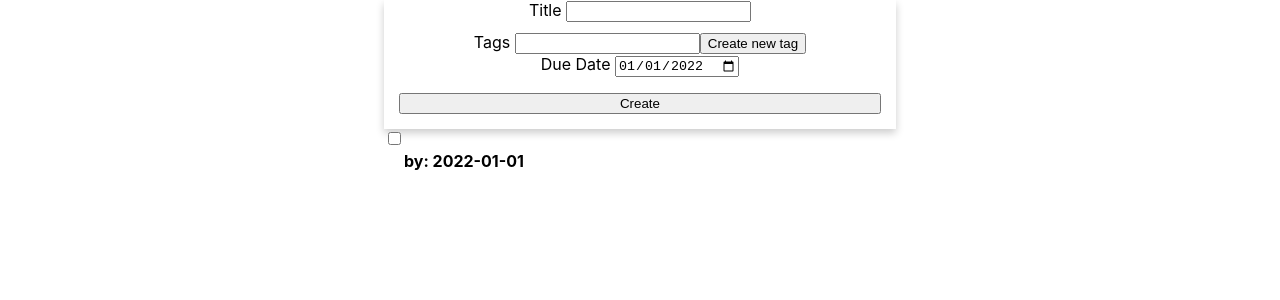
Repository: sanjayMamidipaka/reactappbits
Page: /, after clicking the first element matching `div.submitButton > button`
These files come from the project's save history. The page is drawn as it stood at one moment and after a run of saves; the edit follows.
The browser window is 1280 px wide. The pictures show the whole page.
The project was rebuilt for these pictures with package versions that can differ from the ones it lists, and the page was loaded fresh each time. Also part of the build but not shown: src/components/Tag.css, src/components/Tag.tsx.

Above is the page before, as saved 2022-01-18 18:07:27.

After the next 6 saves:
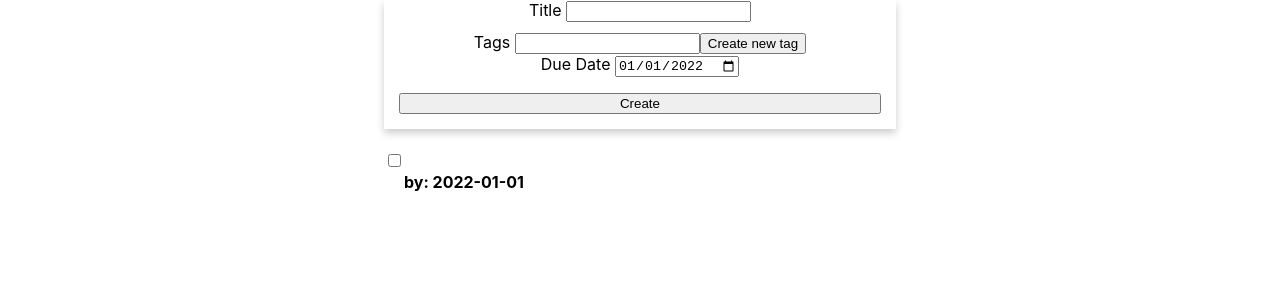
The 6 saves are shown as one change because they came seconds apart.
The last was saved 25 s later.
--- a/src/components/TodoItem.tsx
+++ b/src/components/TodoItem.tsx
@@ -7,9 +7,9 @@ export default function TodoItem({todoListItem, index}: {todoListItem: any, inde
     return (
         <div className="card">
             <input type="checkbox" style={{float: "left"}} />
-            <div style={{float: "left"}}>
+            <div>
                 <h1 className="child">{title}</h1>
-                <h4 className="child">by: {dueDate}</h4>
+                <h4 className="child" style={{float: "left"}}>by: {dueDate}</h4>
             </div>
             {tagList.map((tagObject: {name1: string, index1: number}, index: number) => {
                 return <Tag name={tagObject.name1} key={tagObject.index1} theIndex={tagObject.index1} remove={()=>{}} include={""}></Tag>
